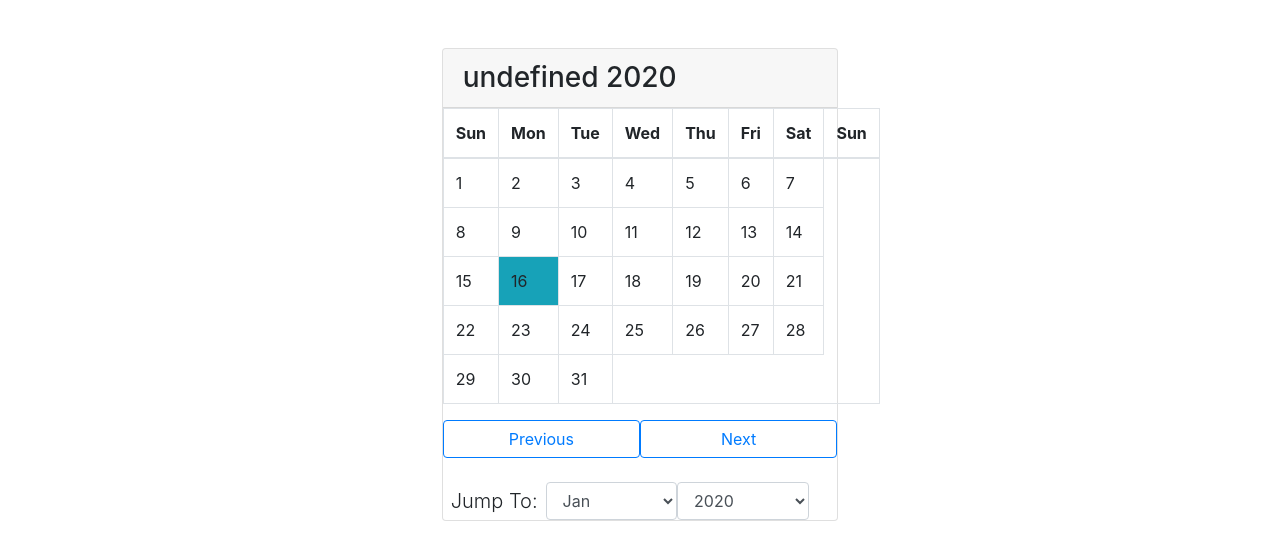
Repository: kkyler24/DayPlanner
Page: Index.html
The author's editor kept a copy of each file at every save. The page is drawn from the files as they stood at one save, then again after the next save.
The browser window is 1280 px wide. The pictures show the whole page.
Some web libraries are served in a nearby version.

Above is the page before, as saved 2020-03-25 13:01:14.

After the next save:
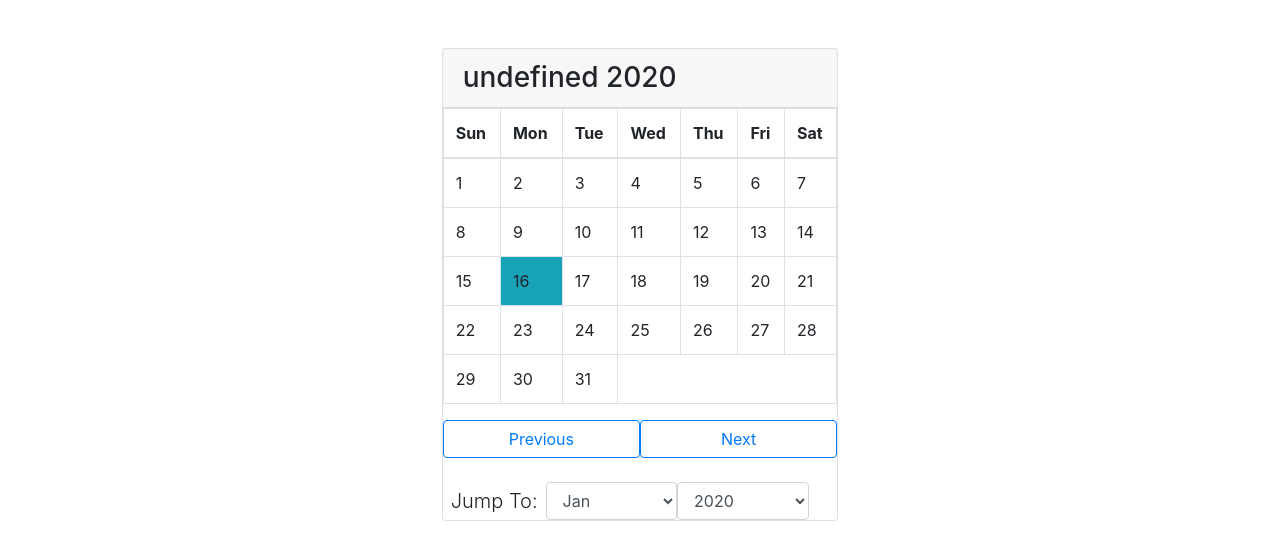
Saved 27 s later.
--- a/Index.html
+++ b/Index.html
@@ -24,7 +24,6 @@
                     <th>Thu</th>
                     <th>Fri</th>
                     <th>Sat</th>
-                    <th>Sun</th>
                 </tr>
                 </thead>
 
